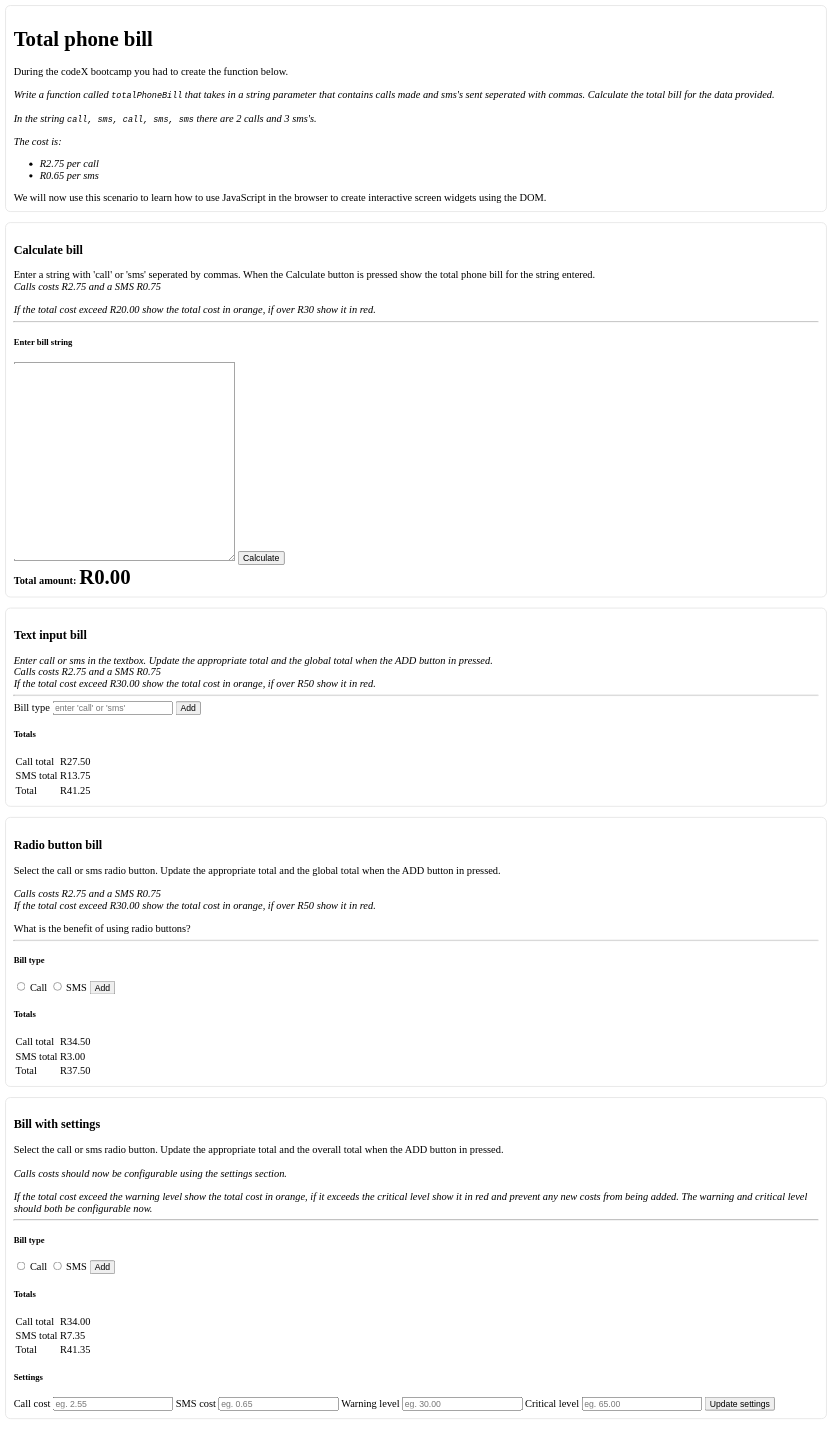
Repository: lasity34/Phone-bill
Page: index.html
The author's editor kept a copy of each file at every save. The page is drawn from the files as they stood at one save, then again after the next save.
The browser window is 1280 px wide. The pictures show the whole page, at 65% of full size.

Above is the page before, as saved 2023-03-30 10:54:22.
Not found: css/skeleton.css

After the next save:
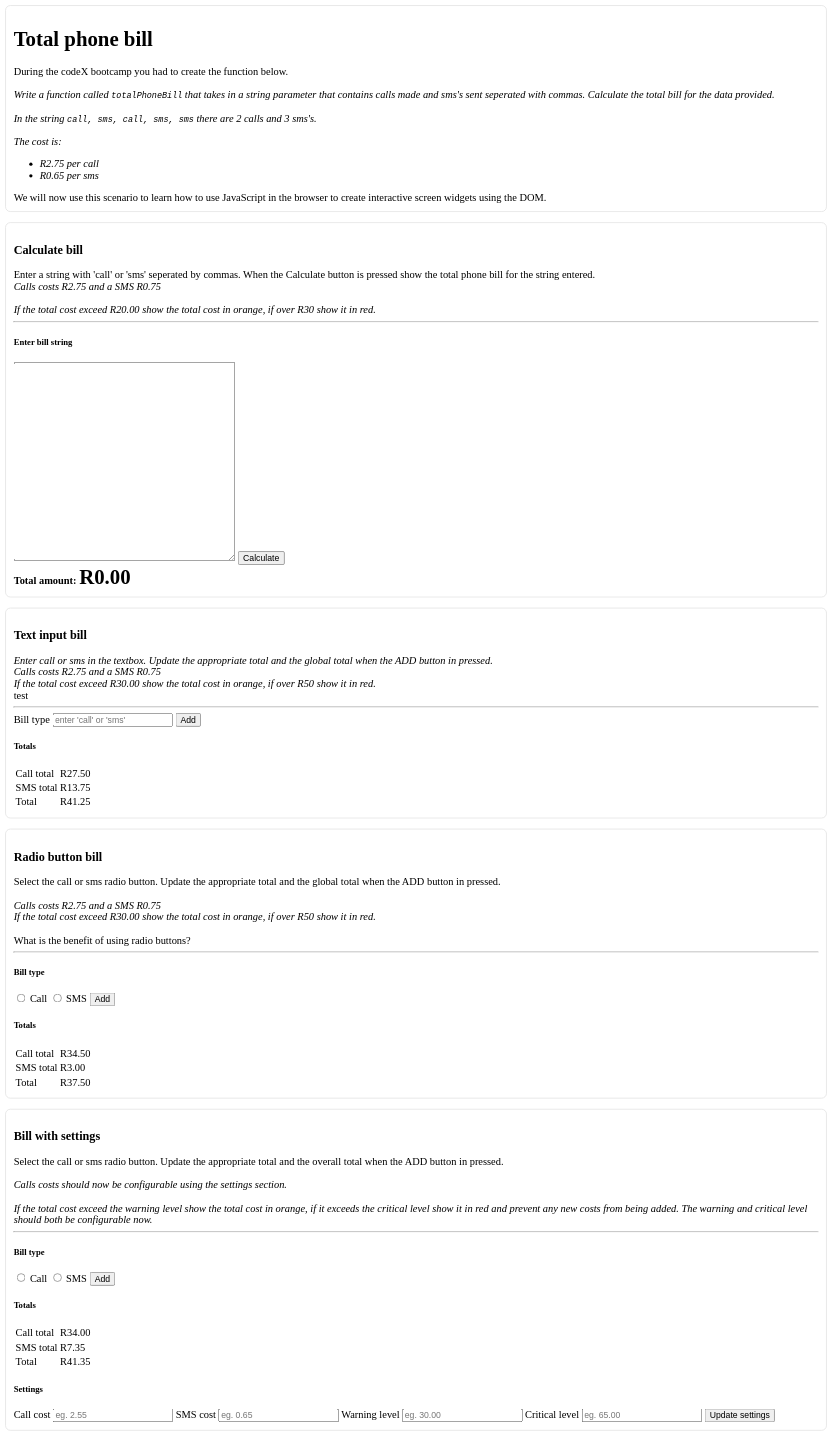
Saved 22 min 39 s later.
--- a/index.html
+++ b/index.html
@@ -80,7 +80,7 @@
           <div class="">
             <i>If the total cost exceed R30.00 show the total cost in orange, if over R50 show it in red.</i>
           </div>
-
+          test
           <hr>
 
           <div class="row">
